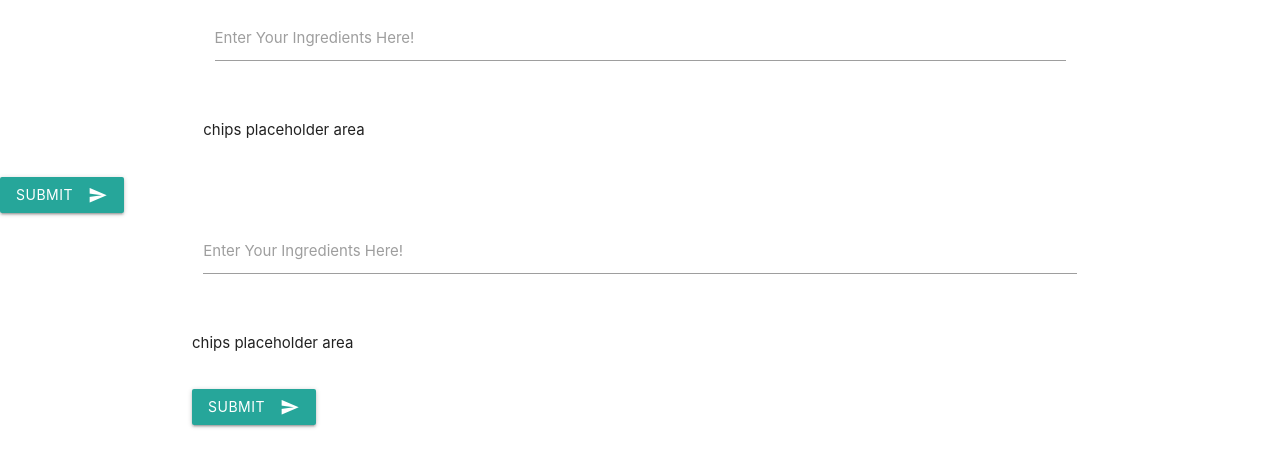
Repository: Aaron-R-Carter/Project1
Page: new.html
These files come from the project's save history. The page is drawn as it stood at one moment and after a run of saves; the edit follows.
The browser window is 1280 px wide. The pictures show the whole page.

Above is the page before, as saved 2019-11-01 18:02:29.
Console error: SyntaxError: Unexpected token '<'

### new.html
<!DOCTYPE html>
<html>

<head>
    <!--Import Google Icon Font-->
    <link href="https://fonts.googleapis.com/icon?family=Material+Icons" rel="stylesheet">
    <!--Import materialize.css-->
    <link rel="stylesheet" href="https://cdnjs.cloudflare.com/ajax/libs/materialize/1.0.0/css/materialize.min.css">
    <link rel="stylesheet" href="./prototype.css">
    <!--Let browser know website is optimized for mobile-->
    <meta name="viewport" content="width=device-width, initial-scale=1.0" />

</head>

<body>
    <div class="container" id="main-forms-container">
        <div class="row" id="form-row">
            <div class="col s12" id="form-column">
                <div class="input-field col s12">
                    <!-- <i class="material-icons prefix">textsms</i> -->
                    <input type="text" id="autocomplete-input" class="autocomplete">
                    <label for="autocomplete-input">Enter Your Ingredients Here!</label>
                </div>
            </div>
        </div>
        <div class="row" id="chips-row">
            <div class="col s12" id="chips-column">
                <p>chips placeholder area</p>
            </div>
        </div>
    </div>
    <div class="col s12" id="submit-column">
        <button class="btn waves-effect waves-light" type="submit" name="action">Submit
            <i class="material-icons right">send</i>
        </button>

        <div class="container" id="main-forms-container">
            <div class="row" id="form-row">
                <div class="col s12" id="form-column">
                    <div class="input-field col s12">
                        <!-- <i class="material-icons prefix">textsms</i> -->
                        <input type="text" id="autocomplete-input" class="autocomplete">
                        <label for="autocomplete-input">Enter Your Ingredients Here!</label>
                    </div>
                </div>
            </div>
            <div class="row" id="chips-row">
                <div class="col s12" id="chips-column">
                    <p>chips placeholder area</p>
                </div>
            </div>
            <div class="row" id="submit-row">
                <div class="col s12" id="submit-column">
                    <button class="btn waves-effect waves-light" type="submit" name="action">Submit
                        <i class="material-icons right">send</i>
                    </button>
                </div>
            </div>
        </div>

        <script src="https://code.jquery.com/jquery-3.4.1.min.js"
            integrity="sha256-CSXorXvZcTkaix6Yvo6HppcZGetbYMGWSFlBw8HfCJo=" crossorigin="anonymous"></script>
        <script src="https://cdnjs.cloudflare.com/ajax/libs/materialize/1.0.0/js/materialize.min.js"></script>
        <script src="./script.js"></script>

</body>

</html>

### prototype.css
#form-page {
    width: 100%;
}

.label {
    font-size: 15px;
}

### script.js

    <div id="left-box">
    <form id="ingredient-form">
        <label for="ingredient-input">List of Ingredients:</label>
        <br>
        <input type="text" id="ingredient-input" placeholder="Ingredients">

        <!-- Button will trigger new ingredients to be added -->
        <input id="add " class="btn btn-primary mb-2" type="submit" value="Add a zipcode">
    </form>

    <div id="zipcode-view"></div>
</div>

After the next 2 saves:
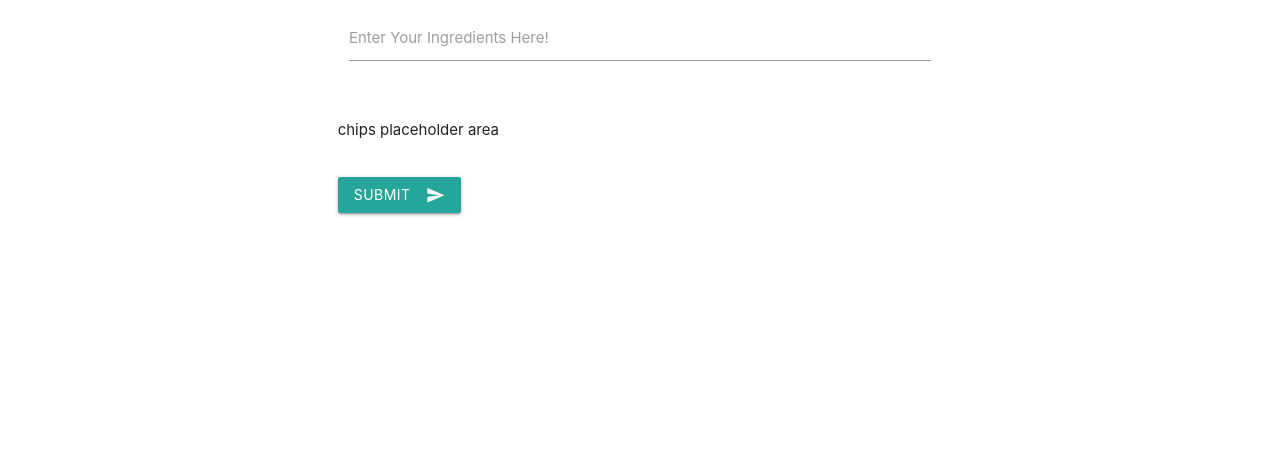
The 2 saves are shown as one change because they came seconds apart.
The last was saved 6 min 44 s later.
--- a/new.html
+++ b/new.html
@@ -15,24 +15,7 @@
 <body>
     <div class="container" id="main-forms-container">
         <div class="row" id="form-row">
-            <div class="col s12" id="form-column">
-                <div class="input-field col s12">
-                    <!-- <i class="material-icons prefix">textsms</i> -->
-                    <input type="text" id="autocomplete-input" class="autocomplete">
-                    <label for="autocomplete-input">Enter Your Ingredients Here!</label>
-                </div>
-            </div>
-        </div>
-        <div class="row" id="chips-row">
-            <div class="col s12" id="chips-column">
-                <p>chips placeholder area</p>
-            </div>
-        </div>
-    </div>
-    <div class="col s12" id="submit-column">
-        <button class="btn waves-effect waves-light" type="submit" name="action">Submit
-            <i class="material-icons right">send</i>
-        </button>
+
 
         <div class="container" id="main-forms-container">
             <div class="row" id="form-row">
